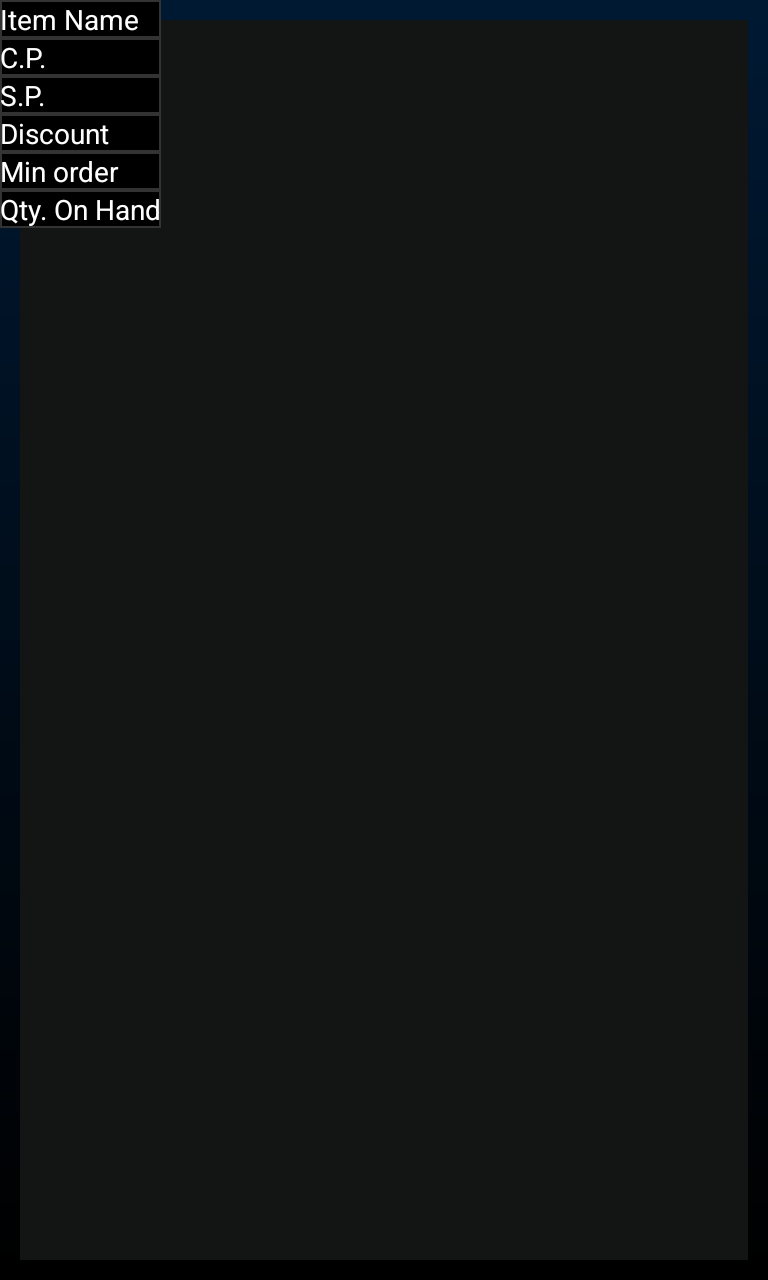
Repository: jasleen1291/B2BMobileApplication
Layout: Mobile E Commerce/B2B/res/layout/grid_item.xml
The author's editor kept a copy of each file at every save. The layout is drawn from the files as they stood at one save, then again after a run of saves.
It is drawn on a 768 x 1280 px phone screen (xhdpi) without system bars, with theme mycustomtheme; the app's code is not run.

Above is the layout before, as saved 2013-05-24 08:26:56.

After the next 2 saves:
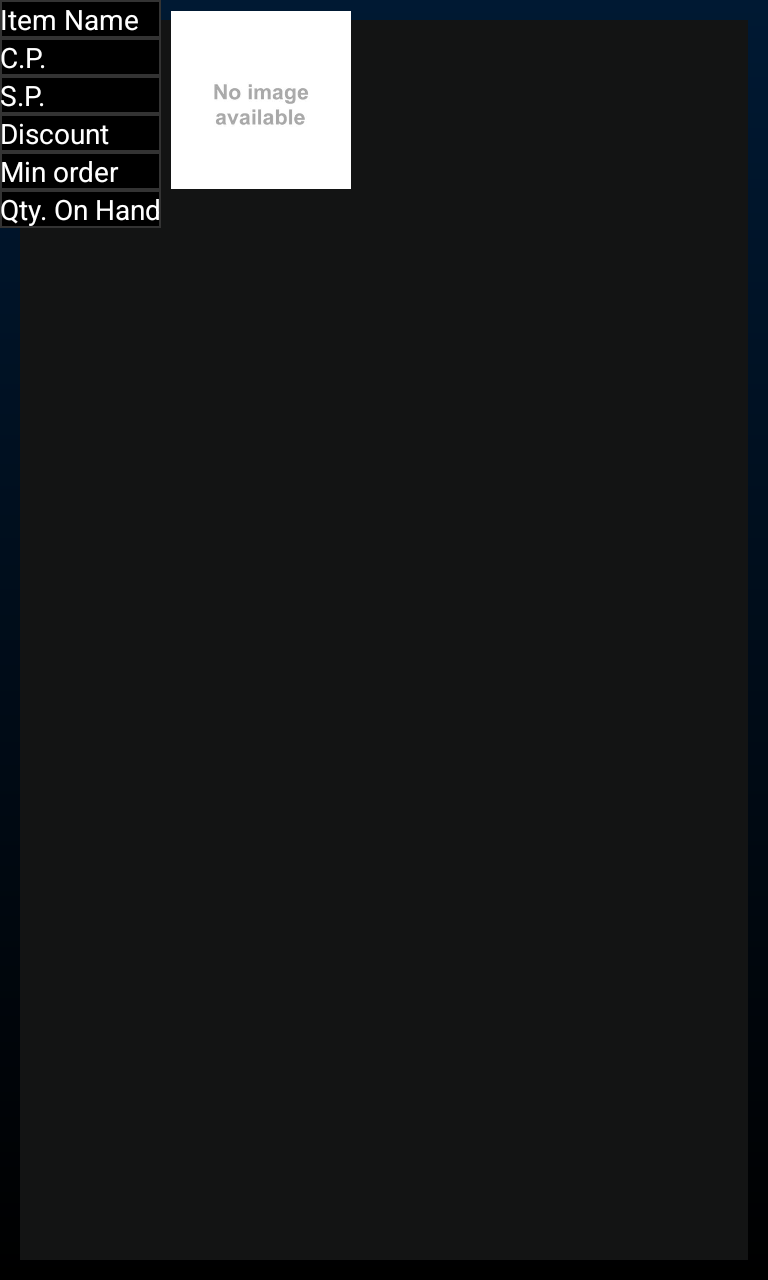
The 2 saves are shown as one change because they came seconds apart.
The last was saved 19 s later.
--- a/Mobile E Commerce/B2B/res/layout/grid_item.xml
+++ b/Mobile E Commerce/B2B/res/layout/grid_item.xml
@@ -8,10 +8,9 @@
 
 
     <TableLayout
-        android:layout_width="match_parent"
+        android:layout_width="wrap_content"
         android:layout_height="match_parent"
 
-        android:gravity="right"
         android:padding="0dp" >
 
          <TableRow
